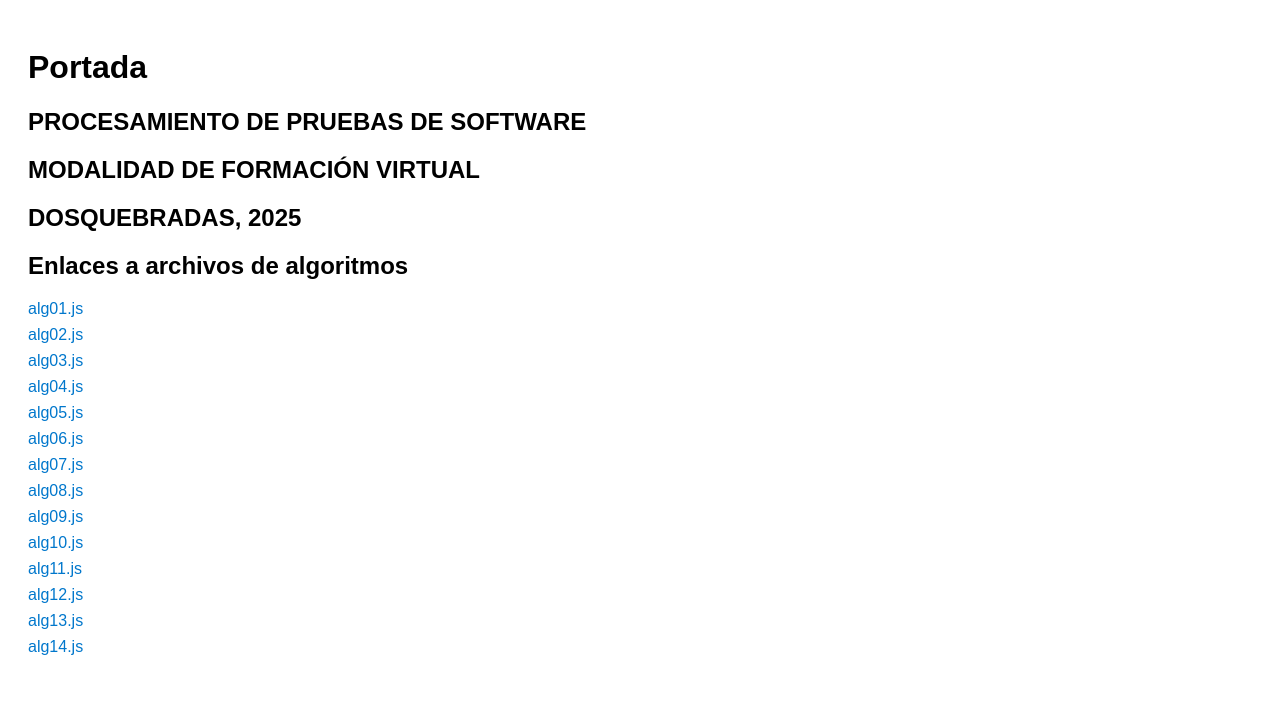
Repository: rlhardrock/SENATallerAlgoritmos01
Page: algoritmo.html
These files come from the project's save history. The page is drawn as it stood at one moment and after the next save; the edit follows.
The browser window is 1280 px wide. The pictures show the whole page.

Above is the page before, as saved 2025-04-23 16:15:22.

### algoritmo.html
<!DOCTYPE html>
<html lang="es">
<head>
  <meta charset="UTF-8">
  <title>Portada y Enlaces a Algoritmos</title>
  <style>
    body {
      font-family: Arial, sans-serif;
      padding: 20px;
    }
    ul {
      list-style: none;
      padding-left: 0;
    }
    li {
      margin: 8px 0;
    }
    a {
      text-decoration: none;
      color: #0077cc;
    }
    a:hover {
      text-decoration: underline;
    }
  </style>
</head>
<body>

  <h1>Portada</h1>
  <div>
    <h2></h2>
    <h2></h2>
    <h2></h2>
    <h2></h2>
    <h2></h2>
    <h2></h2>
    <h2>PROCESAMIENTO DE PRUEBAS DE SOFTWARE</h2>
    <h2>MODALIDAD DE FORMACIÓN VIRTUAL</h2>
    <h2>DOSQUEBRADAS, 2025</h2>
  </div>

  <h2>Enlaces a archivos de algoritmos</h2>
  <ul>
    <li><a href="alg01.js">alg01.js</a></li>
    <li><a href="alg02.js">alg02.js</a></li>
    <li><a href="alg03.js">alg03.js</a></li>
    <li><a href="alg04.js">alg04.js</a></li>
    <li><a href="alg05.js">alg05.js</a></li>
    <li><a href="alg06.js">alg06.js</a></li>
    <li><a href="alg07.js">alg07.js</a></li>
    <li><a href="alg08.js">alg08.js</a></li>
    <li><a href="alg09.js">alg09.js</a></li>
    <li><a href="alg10.js">alg10.js</a></li>
    <li><a href="alg11.js">alg11.js</a></li>
    <li><a href="alg12.js">alg12.js</a></li>
    <li><a href="alg13.js">alg13.js</a></li>
    <li><a href="alg14.js">alg14.js</a></li>
  </ul>

</body>
</html>

After the next save:
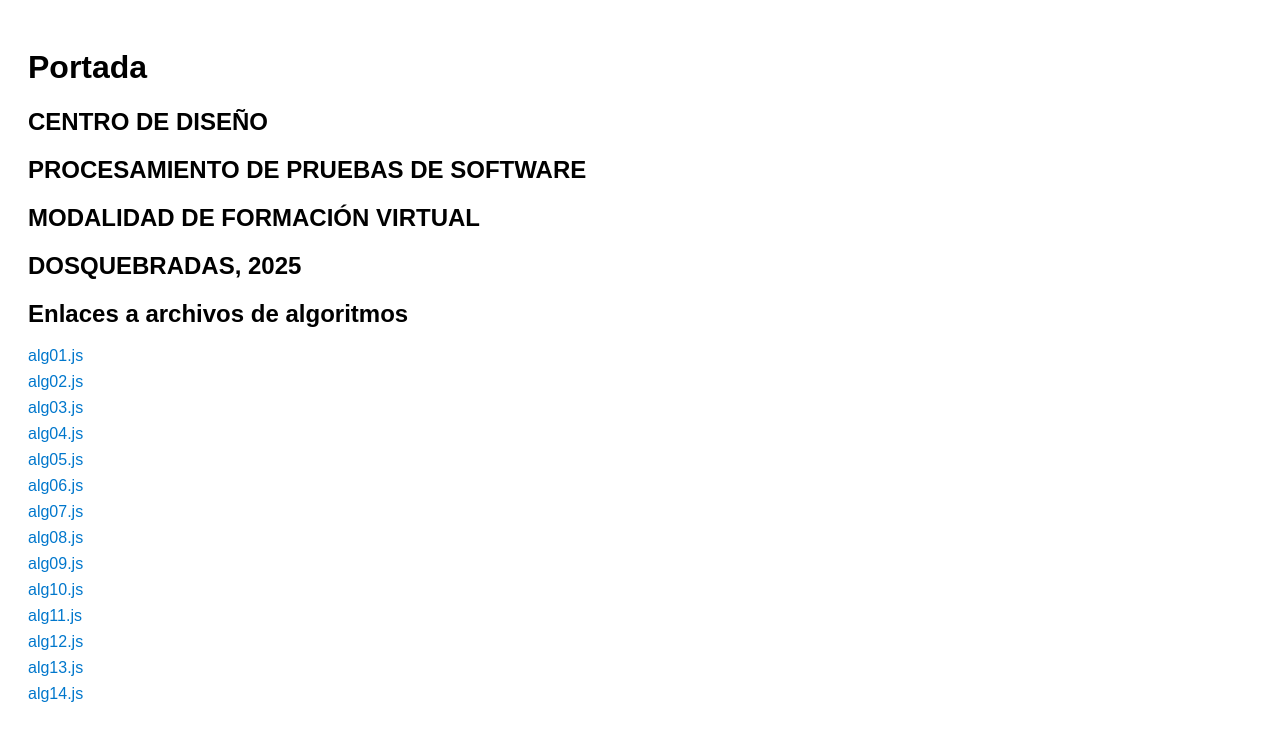
Saved 10 s later.
--- a/algoritmo.html
+++ b/algoritmo.html
@@ -33,7 +33,7 @@
     <h2></h2>
     <h2></h2>
     <h2></h2>
-    <h2></h2>
+    <h2>CENTRO DE DISEÑO </h2>
     <h2>PROCESAMIENTO DE PRUEBAS DE SOFTWARE</h2>
     <h2>MODALIDAD DE FORMACIÓN VIRTUAL</h2>
     <h2>DOSQUEBRADAS, 2025</h2>
